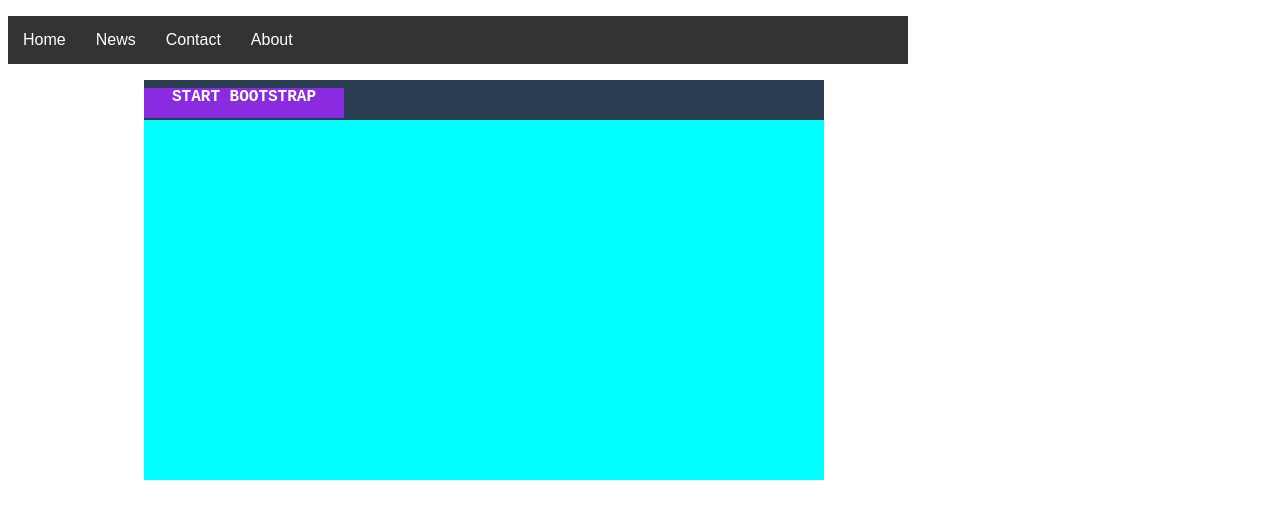
Repository: LongNguyen2504/T3H-FrondEnd
Page: Lesson3_CSS_HomeWork3.html
The author's editor kept a copy of each file at every save. The page is drawn from the files as they stood at one save, then again after the next save.
The browser window is 1280 px wide. The pictures show the whole page.

Above is the page before, as saved 2021-12-01 22:36:37.

After the next save:
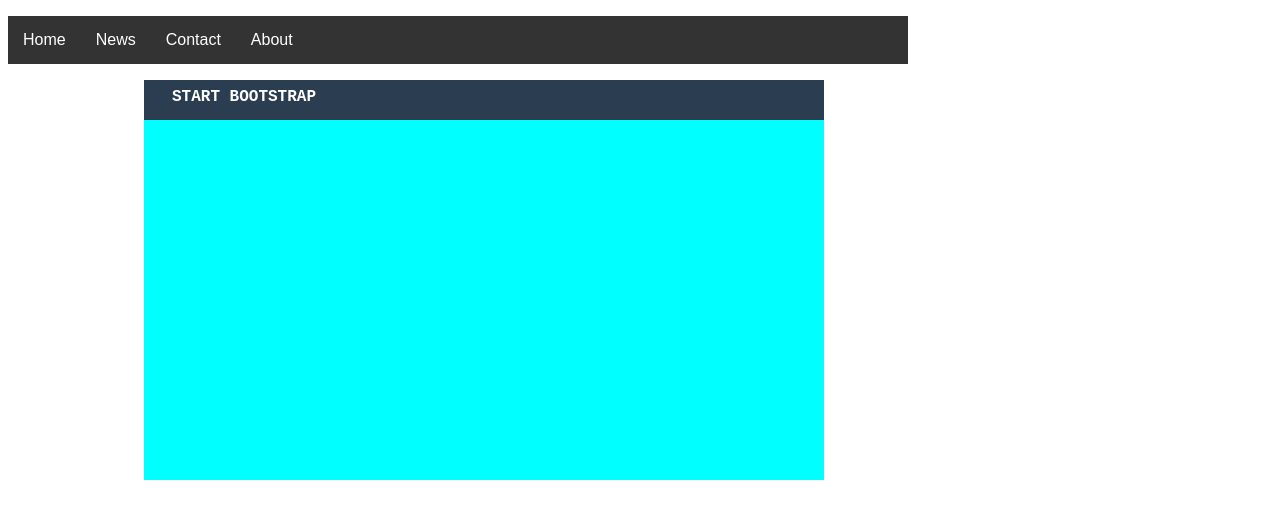
Saved 5 s later.
--- a/Lesson3_CSS_HomeWork3.css
+++ b/Lesson3_CSS_HomeWork3.css
@@ -32,7 +32,7 @@ div.menu-bootstrap-content1{
     position: absolute;
     left: 0px;
     top: 8px;
-    background-color: blueviolet;
+
     text-align: center;
     color: white;
     font-weight: bold;

After the save that followed:
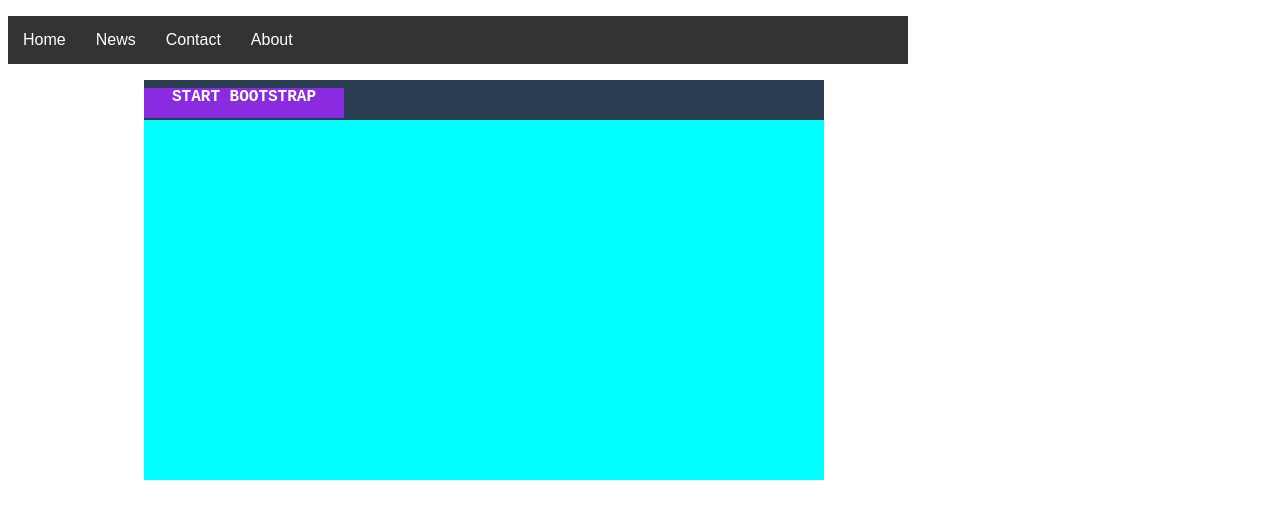
Saved 11 s later.
--- a/Lesson3_CSS_HomeWork3.css
+++ b/Lesson3_CSS_HomeWork3.css
@@ -32,7 +32,7 @@ div.menu-bootstrap-content1{
     position: absolute;
     left: 0px;
     top: 8px;
-
+    background-color: blueviolet;
     text-align: center;
     color: white;
     font-weight: bold;
